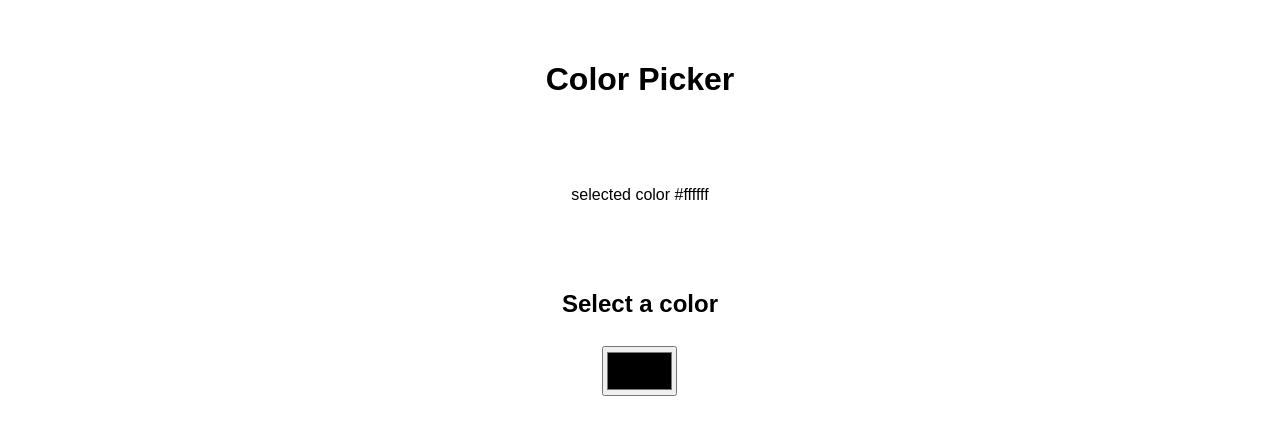
Repository: wakoya-tech/color-picker
Page: /
An editor plug-in stored every save of this project. The page is shown before and after the next save, followed by the edit.
The browser window is 1280 px wide. The pictures show the whole page.
The project was rebuilt for these pictures with package versions that can differ from the ones it lists, and the page was loaded fresh each time. Also part of the build but not shown: vite.config.js, src/index.css.

Above is the page before, as saved 2025-10-16 20:57:50.

### src/App.jsx
import { useState } from 'react'
import reactLogo from './assets/react.svg'
import './App.css'
import ColorPicker from './ColorPicker'

function App() {
return(<>

<ColorPicker/>
</>)
}

export default App

### src/App.css
body{
  background-color: white;
  color: black;
  font-family: Arial, Helvetica, sans-serif;
}
.color-picker-container{
  display: flex;
flex-direction: column;
align-items: center;

  padding: 30px;
  margin: 10px;
  font-size: 1rem;
  justify-items: center;
  transition: none;
}
.color-display{
  padding: 30px 20px;
  border: none;
  text-align: center;
  border-radius: 25px;
  margin: 20px;
}
.yoom{
  display: flex;
  flex-direction: column;
  align-items: center;
  margin: 10px;
  padding: 10px;
}
label{
  font-size: 1.5rem;
  font-weight: bold;
  margin-bottom: 10px;
}
input[type="color"]{
  width: 75px;
  height: 50px;
}

### src/ColorPicker.jsx
import React, { useState } from 'react'

function ColorPicker() {
  const [color,setColor]=useState("#ffffff");
function handleColorChange(e)
{
  setColor(e.target.value);
}
  return (
    <div className='color-picker-container'>
<h1>Color Picker</h1>
<div className='color-display' style={{backgroundColor :color}}>
  <p>selected color {color}</p>
</div>
    <div className='yoom'>
      <label> Select a color</label><br />
      <input type="color" onChange={handleColorChange}/>
    </div>
    </div>
  )
}

export default ColorPicker

Loaded but not shown: index.html (common file); src/main.jsx (common file)

After the next save:
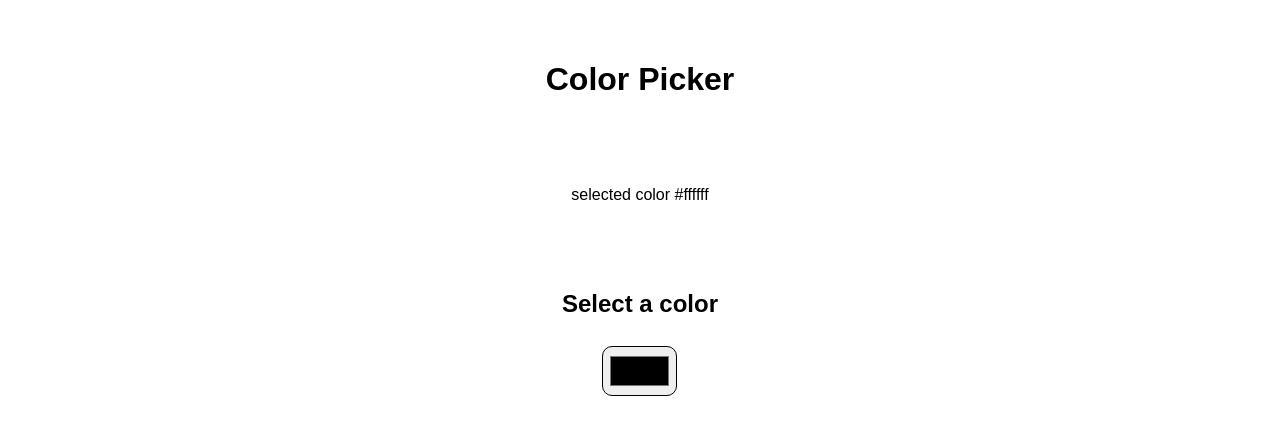
Saved 53 s later.
--- a/src/App.css
+++ b/src/App.css
@@ -36,4 +36,6 @@ label{
 input[type="color"]{
   width: 75px;
   height: 50px;
+  padding: 5px;
+  border-radius: 10px;
 }
